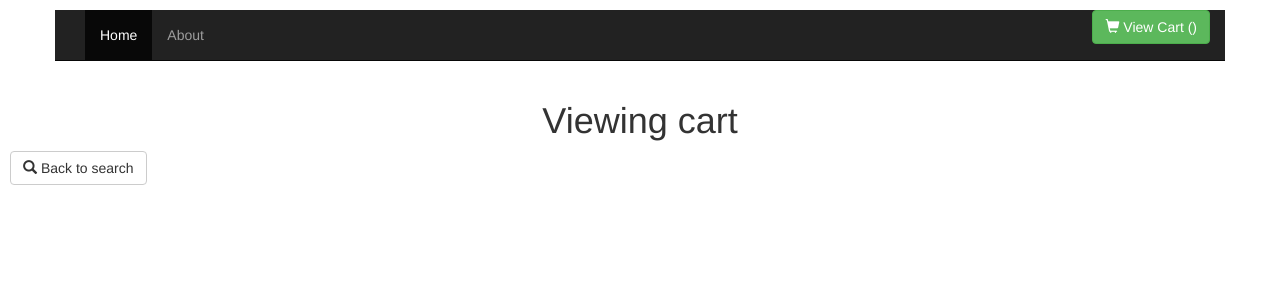
Repository: iancwwong/DigitalBibliographicalLibrary
Page: http://localhost/DigitalBibliographicLibrary/cartpage.jsp
The author's editor kept a copy of each file at every save. The page is drawn from the files as they stood at one save, then again after the next save.
The browser window is 1280 px wide. The pictures show the whole page.
The page is served by Tomcat 9.

Above is the page before, as saved 2016-08-27 15:46:25.

After the next save:
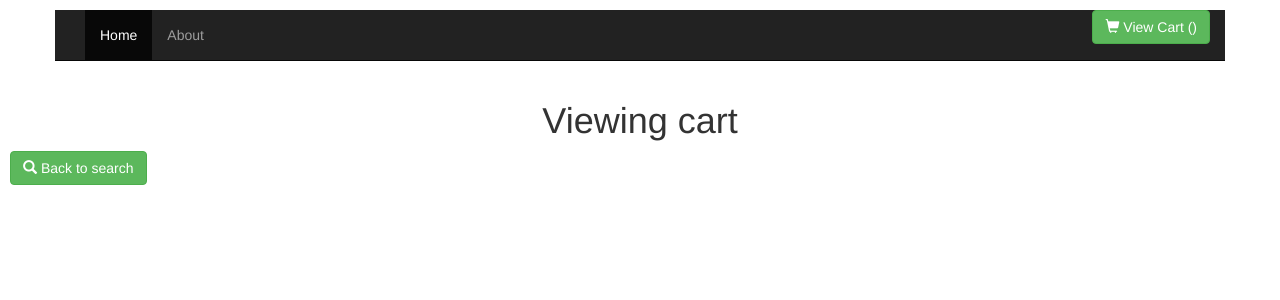
Saved 8 s later.
--- a/DigitalBibliographicLibrary/WebContent/cartpage.jsp
+++ b/DigitalBibliographicLibrary/WebContent/cartpage.jsp
@@ -36,7 +36,7 @@
 
 	<form action='control' method='POST'>
 		<input type='hidden' name="action" value="viewIndexPage"/>
-		<button type="submit" class="btn btn-default">
+		<button type="submit" class="btn btn-success">
 			<span class="glyphicon glyphicon-search"></span>
 			Back to search
 		</button>
